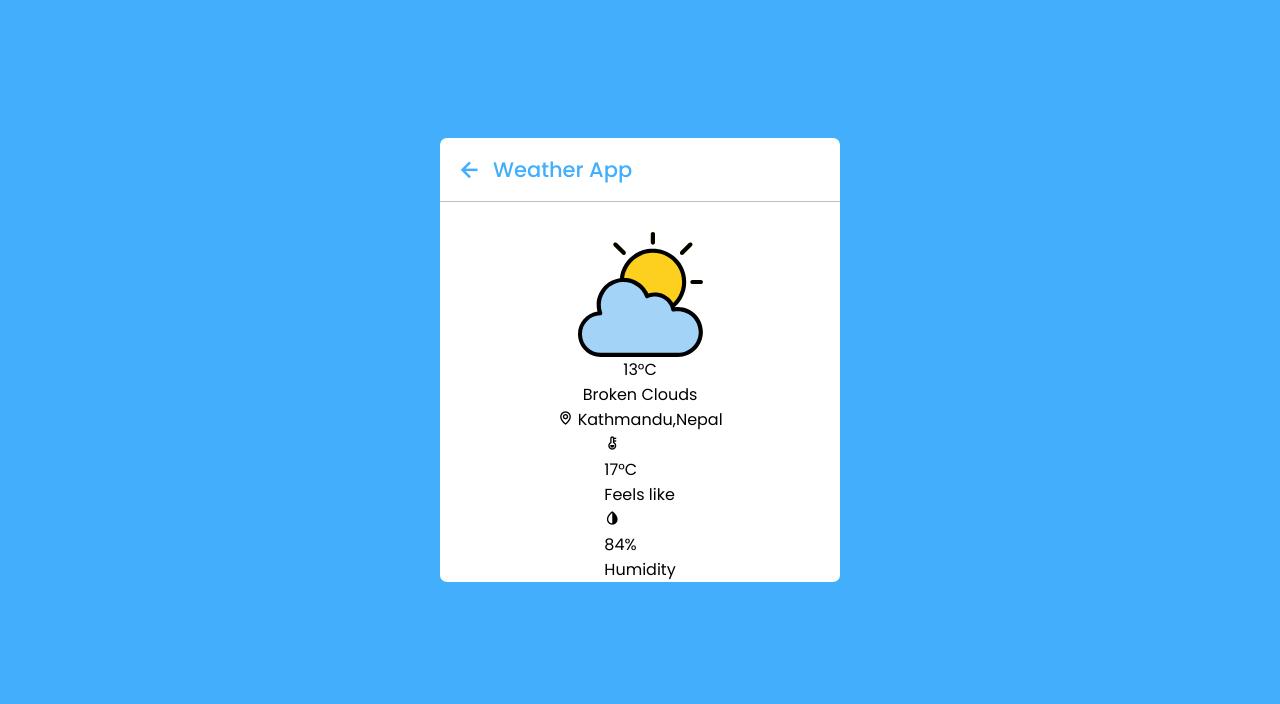
Repository: long13820/Weather-App-HTML-CSS-Javascript
Page: index.html
The author's editor kept a copy of each file at every save. The page is drawn from the files as they stood at one save, then again after a run of saves.
The browser window is 1280 px wide. The pictures show the whole page.

Above is the page before, as saved 2021-09-02 11:26:16.

### index.html
<!DOCTYPE html>
<html lang="en">
<head>
    <meta charset="UTF-8">
    <meta http-equiv="X-UA-Compatible" content="IE=edge">
    <meta name="viewport" content="width=device-width, initial-scale=1.0">
    <title>Weather App</title>
    <link rel="stylesheet" href="style.css">

    <!--Linking Boxicon For Icon-->
    <link rel="stylesheet" href='https://unpkg.com/boxicons@2.0.9/css/boxicons.min.css' >


</head>
<body>
    <div class="wrapper">
        <header>
            <i class="bx bx-left-arrow-alt"></i>
            Weather App
        </header>
        <section class="input-part">
            <p class="info-txt pending">Please enter a valid city name</p>
            <input type="text" placeholder="Enter city name" spellcheck="false" required>
            <div class="separator"></div>
            <button>Get Device Location</button>
        </section>
        <section class="weather-part">
            <img src="/Weather Icons/cloud.svg" alt="Weather Icon">
            <div class="temp">
                <span class="numb">13</span>
                <span class="deg">°</span>C
            </div>
            <div class="weather">Broken Clouds</div>
            <div class="location">
                <i class="bx bx-map"></i>
                <span>Kathmandu,Nepal</span>
            </div>
            <div class="bottom-details">
                <div class="column feels">
                    <i class="bx bxs-thermometer"></i>
                    <div class="details">
                        <div class="temp">
                            <span class="numb">17</span>
                            <span class="deg">°</span>C
                        </div>
                        <p>Feels like</p>
                    </div>
                </div>
                <div class="column humidity">
                    <i class="bx bxs-droplet-half"></i>
                    <div class="details">
                        <span class="numb">84%</span>
                        <p>Humidity</p>
                    </div>
                </div>
            </div>
        </section>
    </div>
</body>
</html>

### style.css
/*Import Google Font - Poppins*/
@import url('https://fonts.googleapis.com/css2?family=Poppins:wght@400;500;600;700&display=swap');
*{
    margin: 0;
    padding: 0;
    box-sizing: border-box;
    font-family: 'Poppins', sans-serif;
}
body{
    display: flex;
    align-items: center;
    justify-content: center;
    min-height: 100vh;
    background: #43AFFC;
}
.wrapper{
    width: 400px;
    border-radius: 7px;
    background: white;
}
.wrapper header{
    color: #43AFFC;
    font-size: 21px;
    font-weight: 500;
    padding: 16px 15px;
    display: flex;
    align-items: center;
    border-bottom: 1px solid #bfbfbf;

}
header i{
    cursor: pointer;
    font-size: 30px;
    margin-right: 8px;
}
.wrapper .input-part{
    display: none;
    margin: 20px 25px 30px;
}
.input-part .info-txt{
    display: none;
    font-size: 17px;
    text-align: center;
    padding: 12px 7px;
    border-radius: 7px;
    margin-bottom: 15px;
}
.info-txt.error{
    display: block;
    color: #721c24;
    background: #f8d7da;
    border: 1px solid #f5c6cb;
}
.info-txt.pending{
    display: block;
    color: #0c5460;
    background: #d1ecf1;
    border: 1px solid #bee5eb;
}
.input-part :where(input, button){
    width: 100%;
    height: 55px;
    border: none;
    outline: none;
    font-size: 18px;
    border-radius: 7px;
}
.input-part input{
    text-align: center;
    border: 1px solid #bfbfbf;
}
.input-part input:is(:focus,:valid){

}
.input-part .separator{
    height: 1px;
    width: 100%;
    margin: 25px 0px;
    background: #ccc;
    display: flex;
    align-items: center;
    justify-content: center;
}
.separator::before{
    content: "or";
    background-color: white;
    font-size: 19px;
    padding: 0px 15px;
    background: #fff;
}
.input-part button{
    color: white;
    cursor: pointer;
    background: #43AFFC;
}

.wrapper .weather-part{
    margin: 30px 0 0;
    display: flex;
    align-items: center;
    justify-content: center;
    flex-direction: column;
}
.weather-part img{
    max-width: 125px;
}
.weather-part .temp{
    display: flex;
    font-size: ;
}

After the next 3 saves:
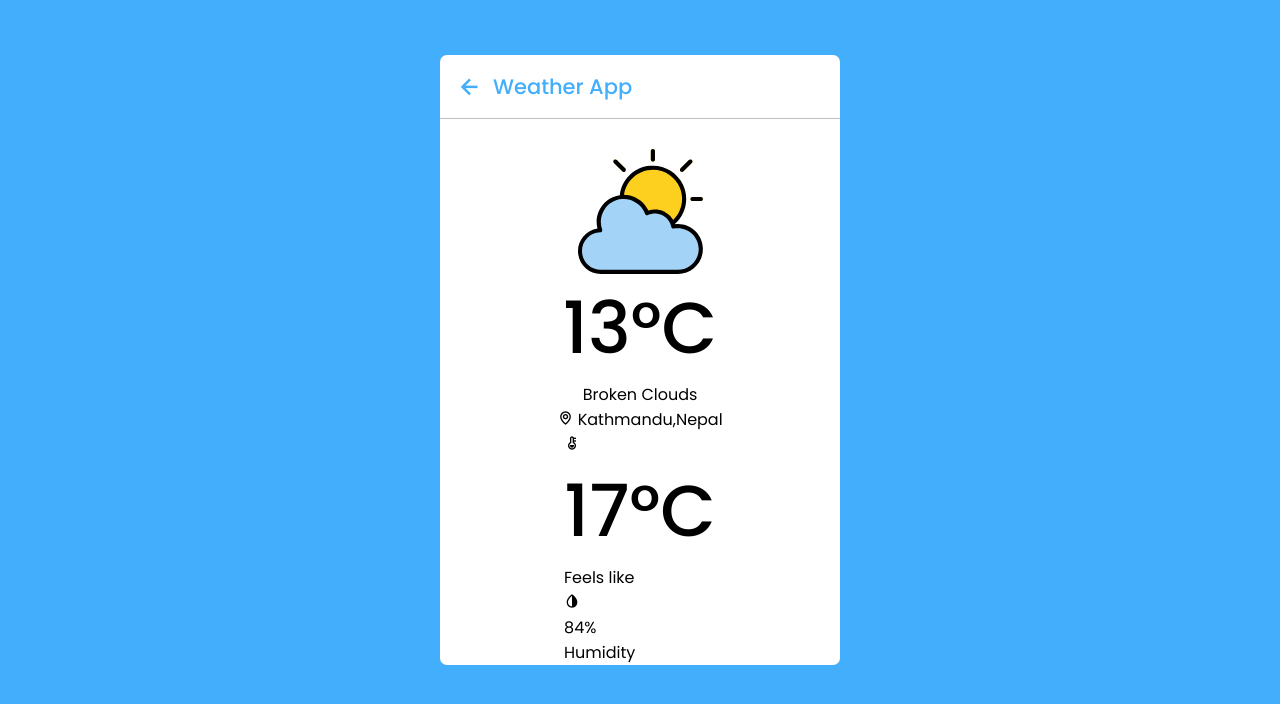
The 3 saves are shown as one change because they came seconds apart.
The last was saved 10 s later.
--- a/style.css
+++ b/style.css
@@ -106,5 +106,6 @@ header i{
 }
 .weather-part .temp{
     display: flex;
-    font-size: ;
+    font-size: 72px;
+    font-weight: 500;
 }
